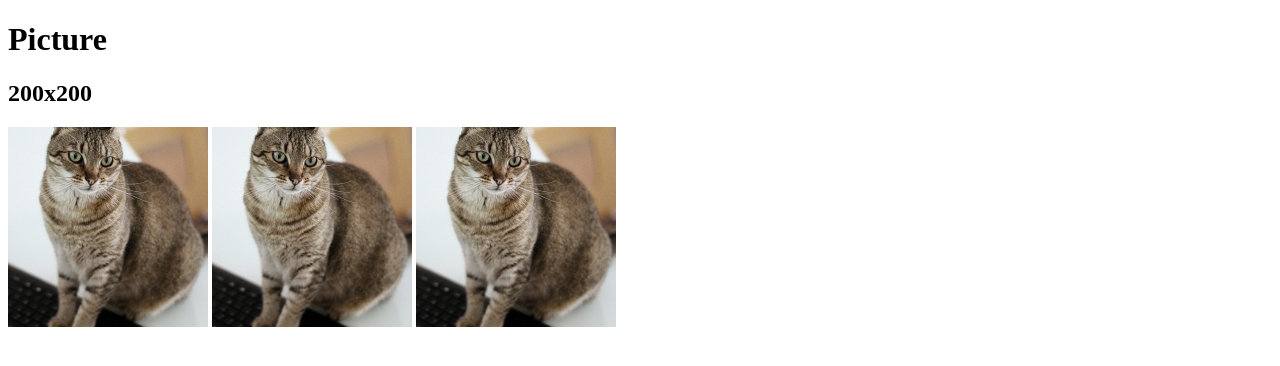
Repository: heoSuKyeong/client_Ssanyong
Page: ClientTest/src/main/webapp/html/q009.html
An editor plug-in stored every save of this project. The page is shown before and after the next save, followed by the edit.
The browser window is 1280 px wide. The pictures show the whole page.

Above is the page before, as saved 2023-09-21 02:10:24.

After the next save:
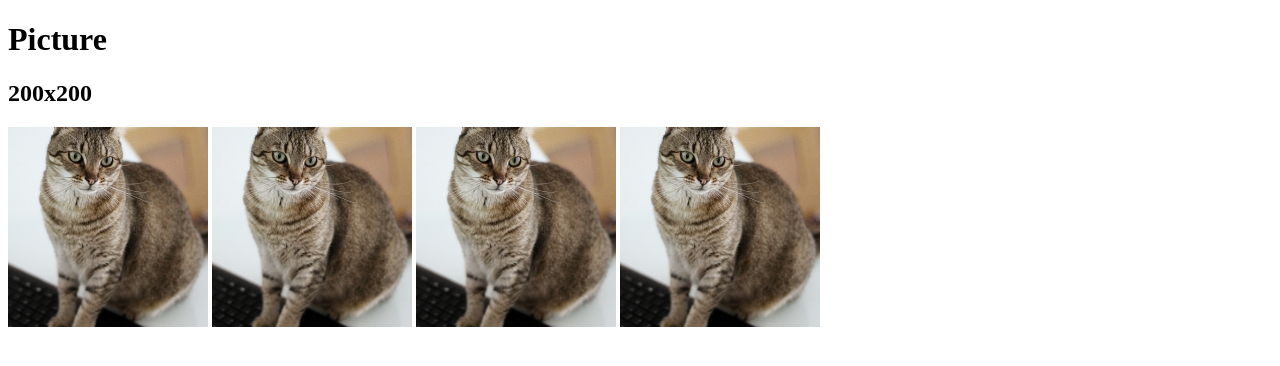
Saved 18 s later.
--- a/ClientTest/src/main/webapp/html/q009.html
+++ b/ClientTest/src/main/webapp/html/q009.html
@@ -9,9 +9,10 @@
 	<h1>Picture</h1>
 	<h2>200x200</h2>
 
-	<img src="images/placeimg_200_200_animals.jpg" width="200" height="200">
-	<img src="images/placeimg_200_200_animals.jpg" width="200" height="200">
-	<img src="images/placeimg_200_200_animals.jpg" width="200" height="200">
+	<img src="images/placeimg_200_200_animals.jpg" alt="사진" width="200" height="200">
+	<img src="images/placeimg_200_200_animals.jpg" alt="사진" width="200" height="200">
+	<img src="images/placeimg_200_200_animals.jpg" alt="사진" width="200" height="200">
+	<img src="images/placeimg_200_200_animals.jpg" alt="사진" width="200" height="200">
 
 
 </body>
